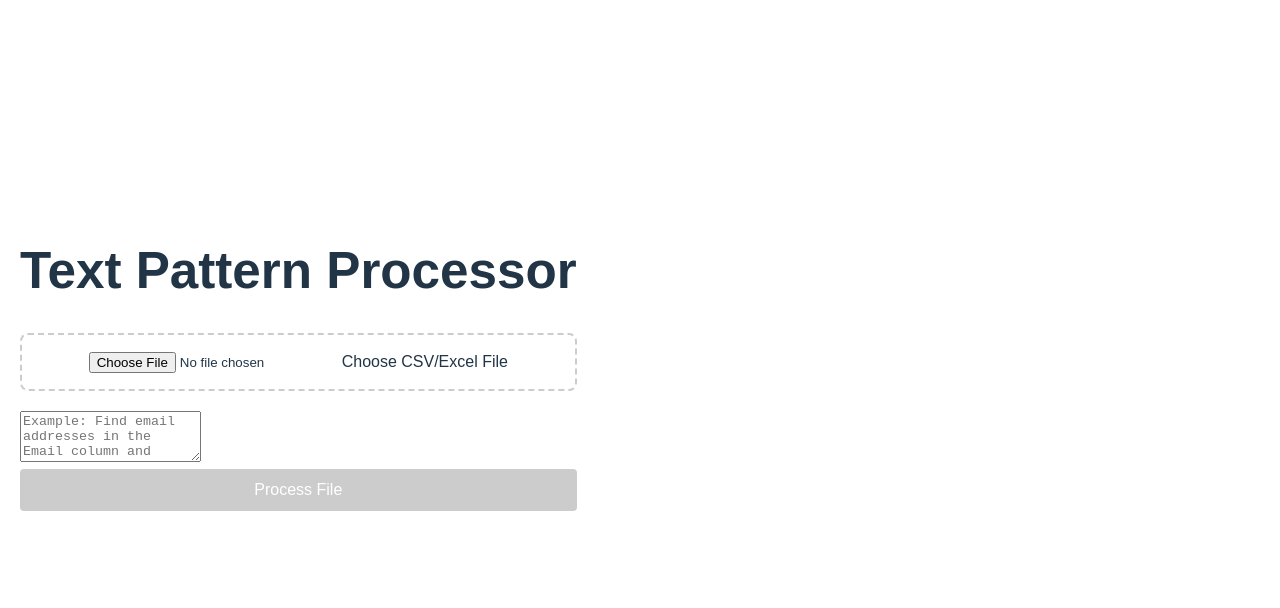
Repository: Rainman4301/techni_assess
Page: / (app in front_end/)
The author's editor kept a copy of each file at every save. The page is drawn from the files as they stood at one save, then again after the next save.
The browser window is 1280 px wide. The pictures show the whole page.
The project was rebuilt for these pictures with package versions that can differ from the ones it lists, and the page was loaded fresh each time. Also part of the build but not shown: front_end/vite.config.js.

Above is the page before, as saved 2025-02-04 15:34:49.

### front_end/src/App.jsx
import { useState } from 'react'
import axios from 'axios'
import reactLogo from './assets/react.svg'
import viteLogo from '/vite.svg'
import './App.css'




function App() {
  const [file, setFile] = useState(null);
  const [userInput, setUserInput] = useState('');
  const [processedData, setProcessedData] = useState(null);
  const [isProcessing, setIsProcessing] = useState(false);

  const handleProcess = async (e) => {
    e.preventDefault();
    setIsProcessing(true);

    try {
      const formData = new FormData();
      formData.append('file', file);
      formData.append('user_input', userInput);

      const response = await axios.post('http://localhost:8000/api/process/', formData, {
        headers: {
          'Content-Type': 'multipart/form-data'
        }
      });

      setProcessedData(response.data.processed_data);
    } catch (error) {
      console.error('Processing error:', error);
      alert('Error processing file: ' + (error.response?.data?.error || error.message));
    } finally {
      setIsProcessing(false);
    }
  };

  return (
    <div className="container">
      <h1>Text Pattern Processor</h1>

      {/* File Upload */}
      <div className="upload-section">
        <label className="file-input-label">
          <input
            type="file"
            accept=".csv,.xlsx,.xls"
            onChange={(e) => setFile(e.target.files[0])}
          />
          {file ? file.name : "Choose CSV/Excel File"}
        </label>
      </div>

      {/* Combined Input */}
      <div className="input-section">
        <textarea
          value={userInput}
          onChange={(e) => setUserInput(e.target.value)}
          placeholder="Example: Find email addresses in the Email column and replace them with 'REDACTED'"
          rows="3"
        />
      </div>

      {/* Process Button */}
      <button
        onClick={handleProcess}
        disabled={!file || !userInput || isProcessing}
        className="process-button"
      >
        {isProcessing ? 'Processing...' : 'Process File'}
      </button>

      {/* Results Display */}
      {processedData && (
        <div className="results-section">
          <h2>Processed Results</h2>
          <div className="results-table">
            <table>
              <thead>
                <tr>
                  {Object.keys(processedData[0]).map((header) => (
                    <th key={header}>{header}</th>
                  ))}
                </tr>
              </thead>
              <tbody>
                {processedData.map((row, index) => (
                  <tr key={index}>
                    {Object.values(row).map((value, cellIndex) => (
                      <td key={cellIndex}>{value}</td>
                    ))}
                  </tr>
                ))}
              </tbody>
            </table>
          </div>
        </div>
      )}
    </div>
  );
}

export default App;

### front_end/src/App.css
.container {
  max-width: 800px;
  margin: 2rem auto;
  padding: 20px;
  font-family: Arial, sans-serif;
}

.upload-section {
  margin: 20px 0;
}

.file-input-label {
  display: block;
  padding: 15px;
  border: 2px dashed #ccc;
  border-radius: 8px;
  text-align: center;
  cursor: pointer;
}

.file-input-label:hover {
  border-color: #007bff;
}

.pattern-section {
  display: grid;
  gap: 15px;
  margin: 20px 0;
}

.pattern-input,
.replacement-input {
  padding: 12px;
  border: 1px solid #ddd;
  border-radius: 4px;
  width: 100%;
  box-sizing: border-box;
}

.process-button {
  background: #007bff;
  color: white;
  padding: 12px 24px;
  border: none;
  border-radius: 4px;
  cursor: pointer;
  width: 100%;
  font-size: 16px;
}

.process-button:disabled {
  background: #cccccc;
  cursor: not-allowed;
}

.results-section {
  margin-top: 30px;
}

.results-table {
  overflow-x: auto;
}

table {
  width: 100%;
  border-collapse: collapse;
  margin-top: 15px;
}

th, td {
  padding: 12px;
  text-align: left;
  border-bottom: 1px solid #ddd;
}

th {
  background-color: #f8f9fa;
}

Loaded but not shown: front_end/index.html (common file); front_end/src/main.jsx (common file); front_end/src/index.css (common file)

After the next save:
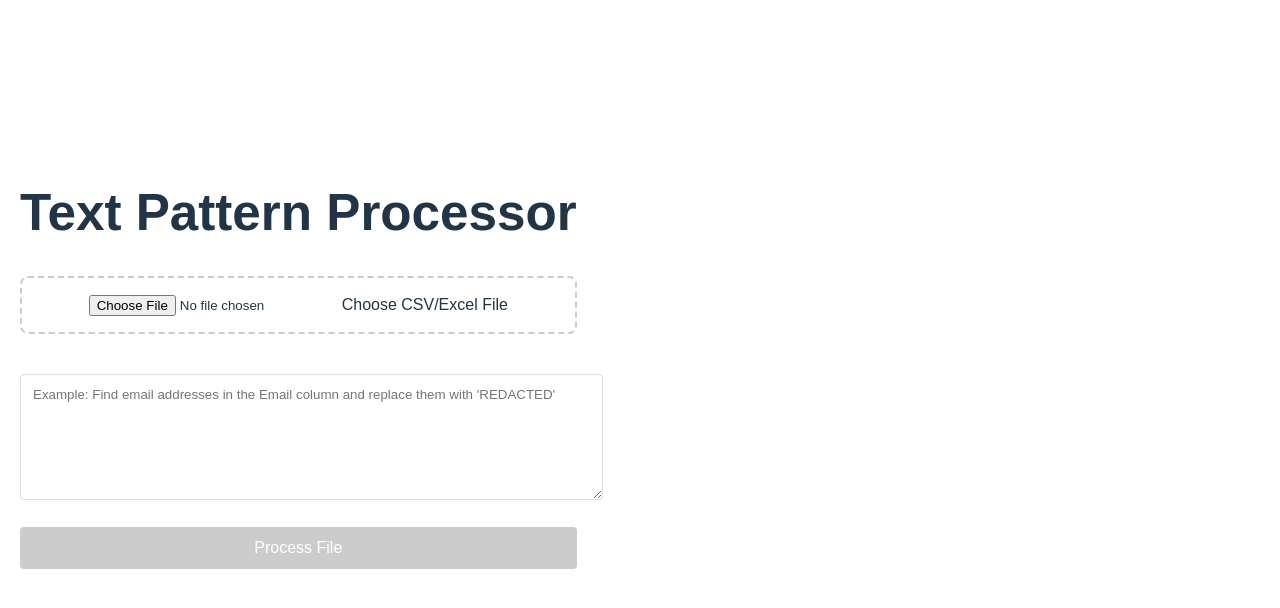
Saved 21 s later.
--- a/front_end/src/App.css
+++ b/front_end/src/App.css
@@ -22,19 +22,15 @@
   border-color: #007bff;
 }
 
-.pattern-section {
-  display: grid;
-  gap: 15px;
-  margin: 20px 0;
-}
-
-.pattern-input,
-.replacement-input {
+.input-section textarea {
+  width: 100%;
   padding: 12px;
   border: 1px solid #ddd;
   border-radius: 4px;
-  width: 100%;
-  box-sizing: border-box;
+  resize: vertical;
+  min-height: 100px;
+  margin: 20px 0;
+  font-family: inherit;
 }
 
 .process-button {
